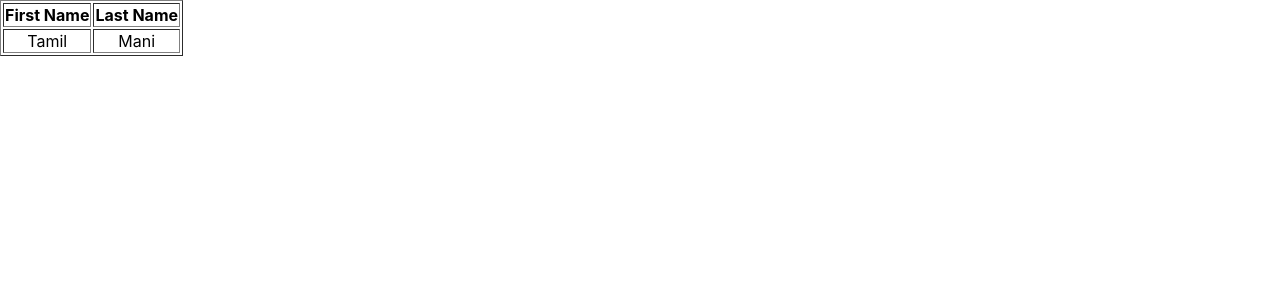
Repository: Green-Technologies-Angular/React-js
Page: /
An editor plug-in stored every save of this project. The page is shown before and after the next save, followed by the edit.
The browser window is 1280 px wide. The pictures show the whole page.
The project was rebuilt for these pictures with package versions that can differ from the ones it lists, and the page was loaded fresh each time.

Above is the page before, as saved 2019-03-18 09:57:18.

After the next save:
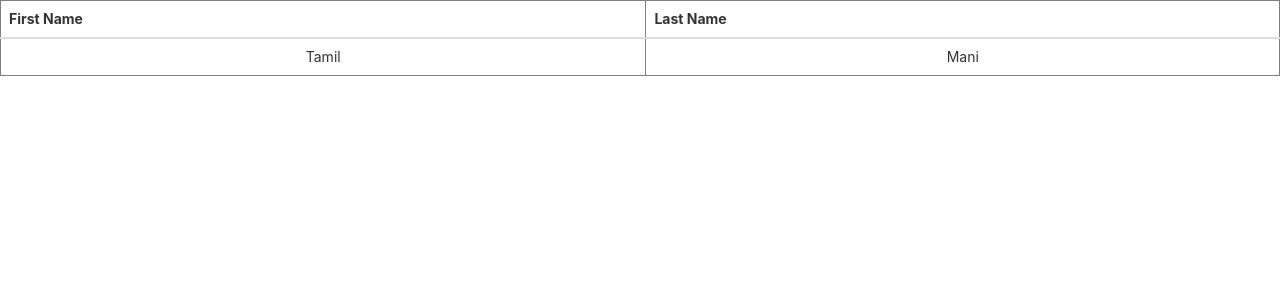
Saved 2 min 4 s later.
--- a/public/index.html
+++ b/public/index.html
@@ -13,6 +13,9 @@
       user's mobile device or desktop. See https://developers.google.com/web/fundamentals/web-app-manifest/
     -->
     <link rel="manifest" href="%PUBLIC_URL%/manifest.json" />
+    <link rel="stylesheet" href="https://maxcdn.bootstrapcdn.com/bootstrap/3.4.0/css/bootstrap.min.css">
+  <script src="https://ajax.googleapis.com/ajax/libs/jquery/3.3.1/jquery.min.js"></script>
+  <script src="https://maxcdn.bootstrapcdn.com/bootstrap/3.4.0/js/bootstrap.min.js"></script>
     <!--
       Notice the use of %PUBLIC_URL% in the tags above.
       It will be replaced with the URL of the `public` folder during the build.
